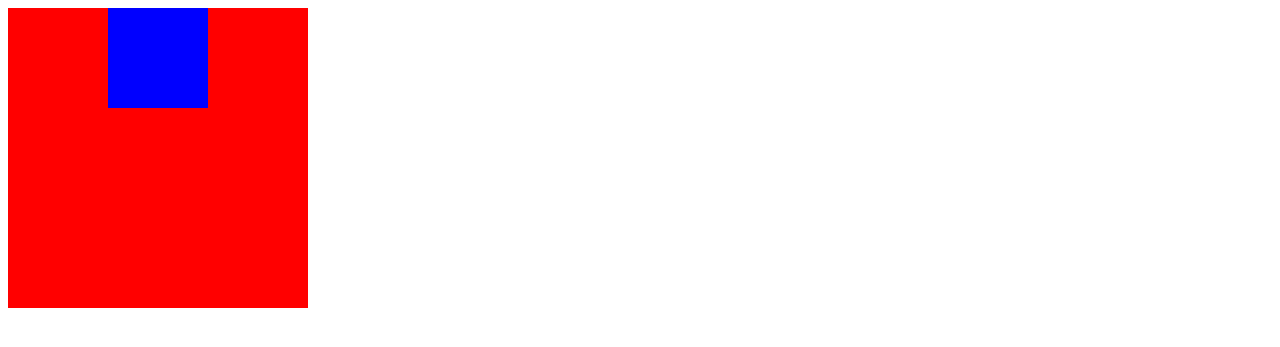
Repository: rascalNoShippo/git-practice
Page: box/box.html
The author's editor kept a record of every edit. The page is drawn from the files as they stood at one moment, then again after the next edit.
The browser window is 1280 px wide. The pictures show the whole page.

Above is the page before.

### box/box.html
<!doctype html>
<html lang="ja">
  <head>
    <meta charset="utf-8">
    <link rel="stylesheet" href="box.css">
    <title>BOX</title>
  </head>
  <body>
    <div class="box1">
      <div class="box2"></div>
    </div>
  </body>
</html>

### box/box.css
.box1{
  width: 300px;
  height: 300px;
  background-color: red;
  }

.box2{
  margin: auto;
  width: 100px;
  height: 100px;
  background-color: blue

}

After the next edit:
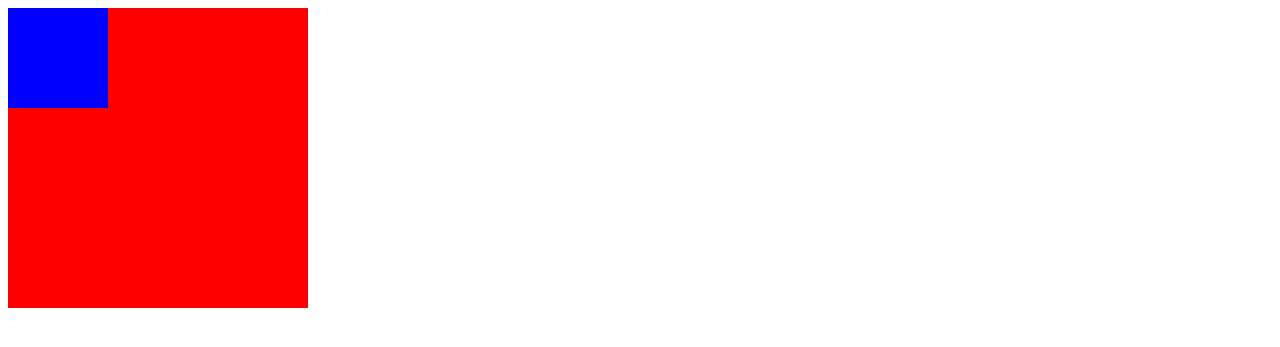
The edit:
--- a/box/box.css
+++ b/box/box.css
@@ -5,7 +5,7 @@
   }
 
 .box2{
-  margin: auto;
+  display: flex;
   width: 100px;
   height: 100px;
   background-color: blue
